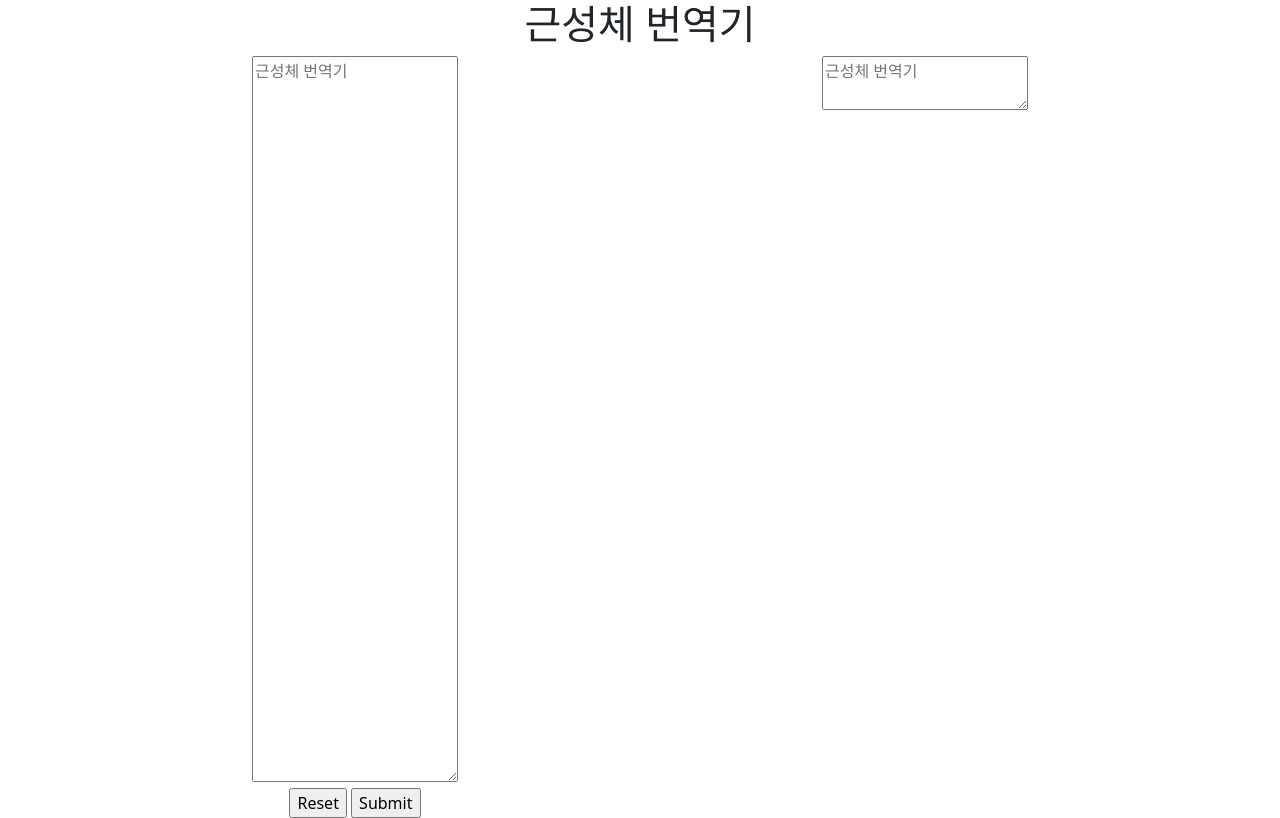
Repository: mickey530/jsp_practice
Page: http://localhost/JSPBasic/sungmo_send.jsp
These files come from the project's save history. The page is drawn as it stood at one moment and after the next save; the edit follows.
The browser window is 1280 px wide. The pictures show the whole page.
The page is served by Tomcat 9.

Above is the page before, as saved 2022-02-03 11:47:56.

After the next save:
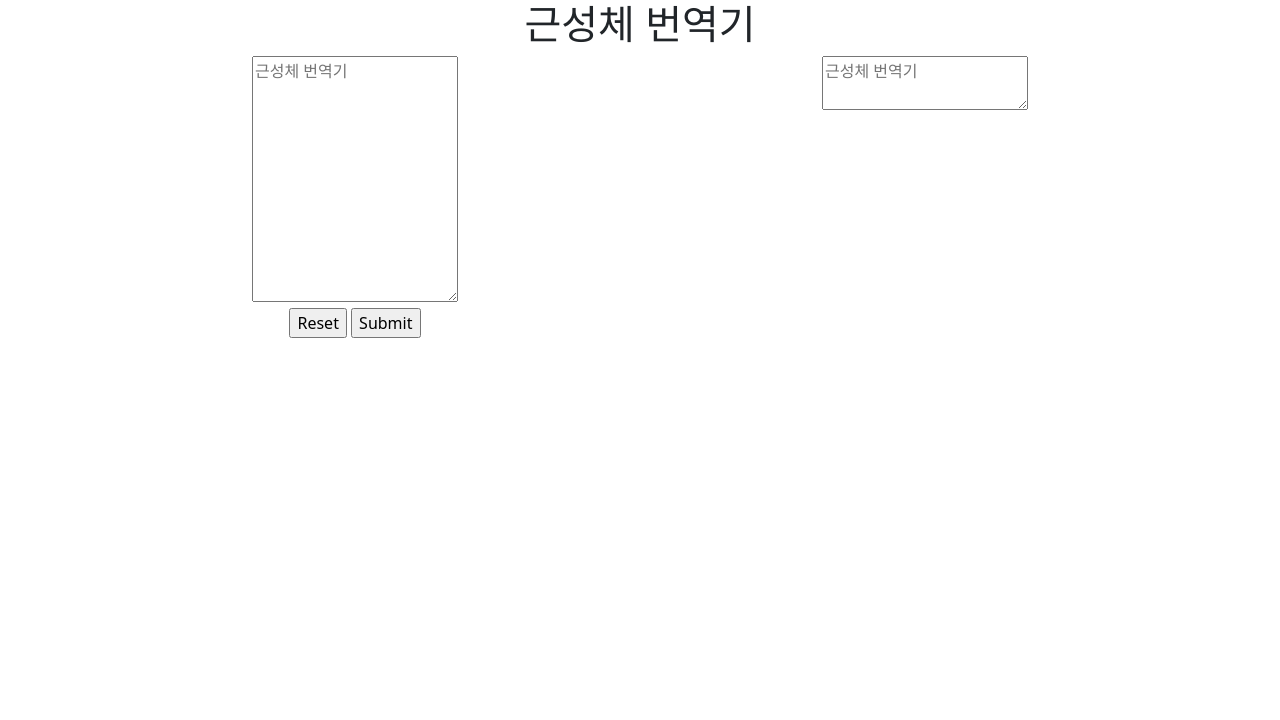
Saved 10 s later.
--- a/JSPBasic/src/main/webapp/sungmo_send.jsp
+++ b/JSPBasic/src/main/webapp/sungmo_send.jsp
@@ -21,7 +21,7 @@
 
 		<div class="col">
 			<form action="sungmo_getpost.jsp" method="get" style="text-align:center">
-				<textarea name="text" placeholder="근성체 번역기" rows="30" cols="20"></textarea><br/>
+				<textarea name="text" placeholder="근성체 번역기" rows="10" cols="20"></textarea><br/>
 				<input type="reset" />
 				<input type="submit" />
 			</form>
